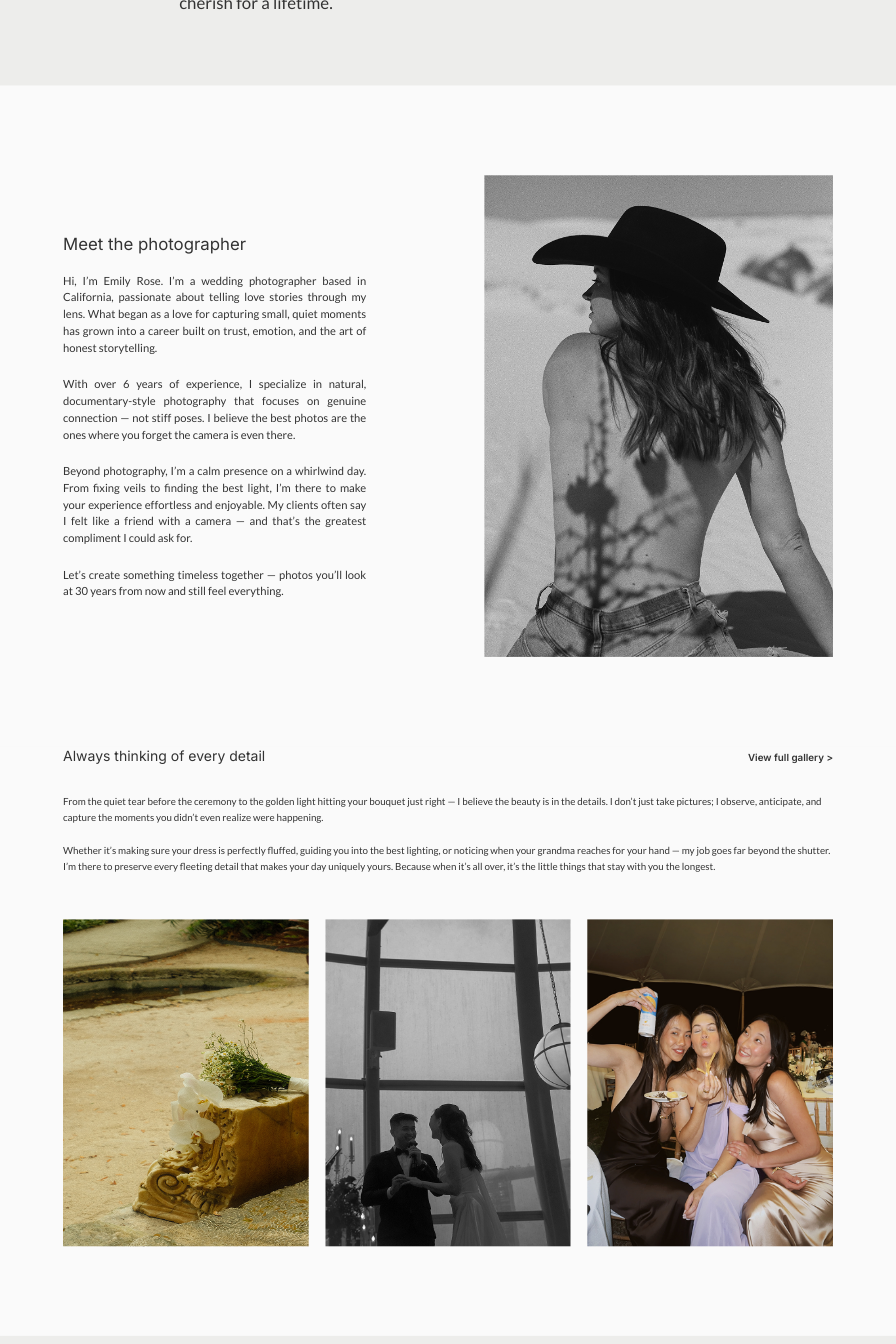
Repository: eduarda-magnago/wt-photography
Page: /
These files come from the project's save history. The page is drawn as it stood at one moment and after the next save; the edit follows.
The browser window is 1280 px wide. The pictures show the part of the page from y = 949 to 2869 px (the page is 3826 px tall before and 6130 px after), at 70% of full size.
Some web fonts or font styles are not loaded; a fallback is used. The project was rebuilt for these pictures with package versions that can differ from the ones it lists, and the page was loaded fresh each time. The framework's server and built-in components were replaced by stand-ins that run in the browser. Also part of the build but not shown: next.config.ts.

Above is the page before, as saved 2026-10-14 12:49:02.

After the next save:
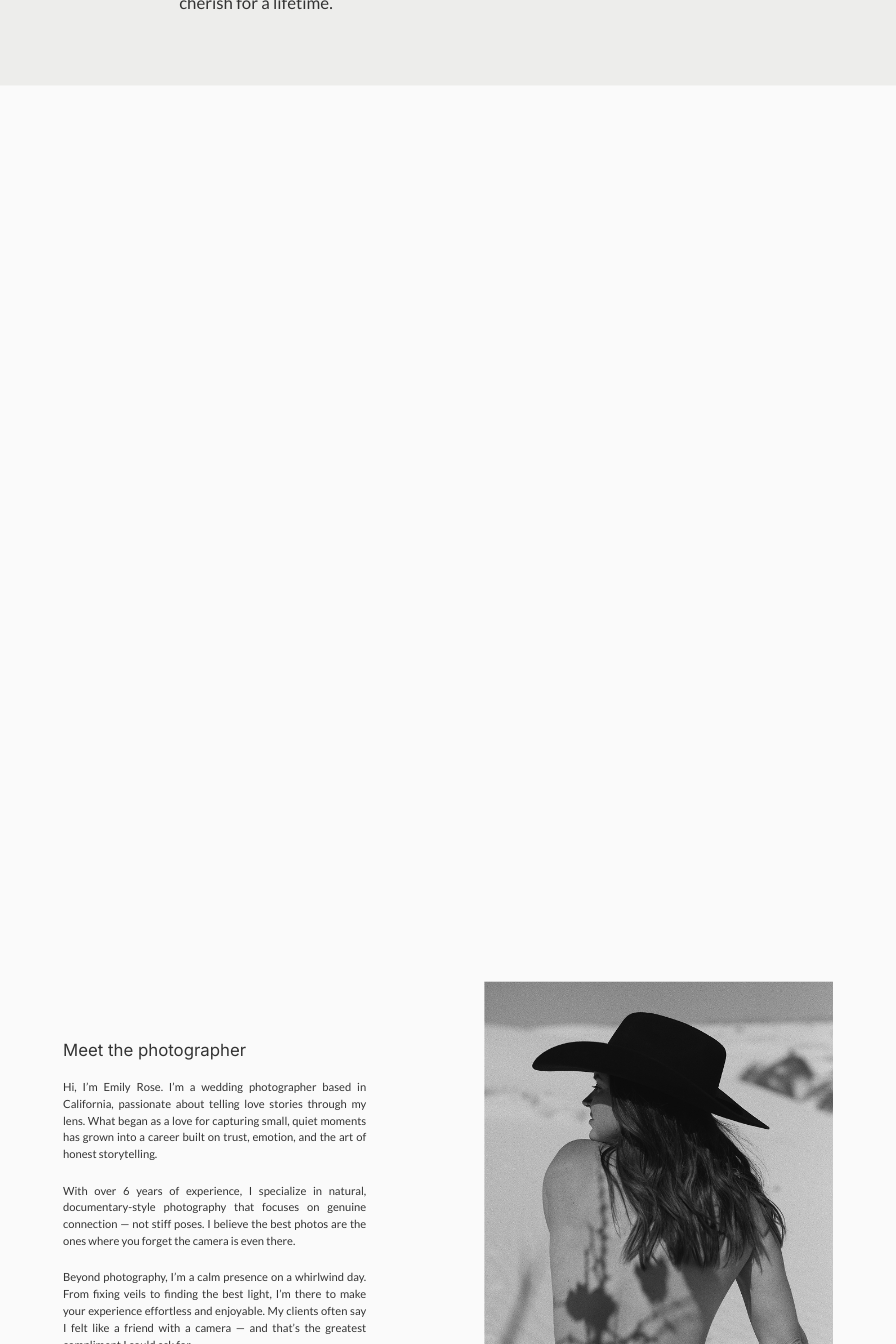
Saved 9 s later.
--- a/components/home/about.tsx
+++ b/components/home/about.tsx
@@ -2,7 +2,7 @@
 
 export default function About() {
   return (
-    <section id="about" className="bg-paper px-6 py-24 md:px-14 md:py-32">
+    <section id="about" className="bg-paper px-6 py-24 md:px-14 md:py-320">
       <div className="mx-auto grid max-w-[1100px] items-center gap-12 md:grid-cols-[435fr_500fr] md:gap-x-16 xl:gap-x-[169px]">
         <div>
           <h2 className="font-heading text-2xl">Meet the photographer</h2>

After the save that followed:
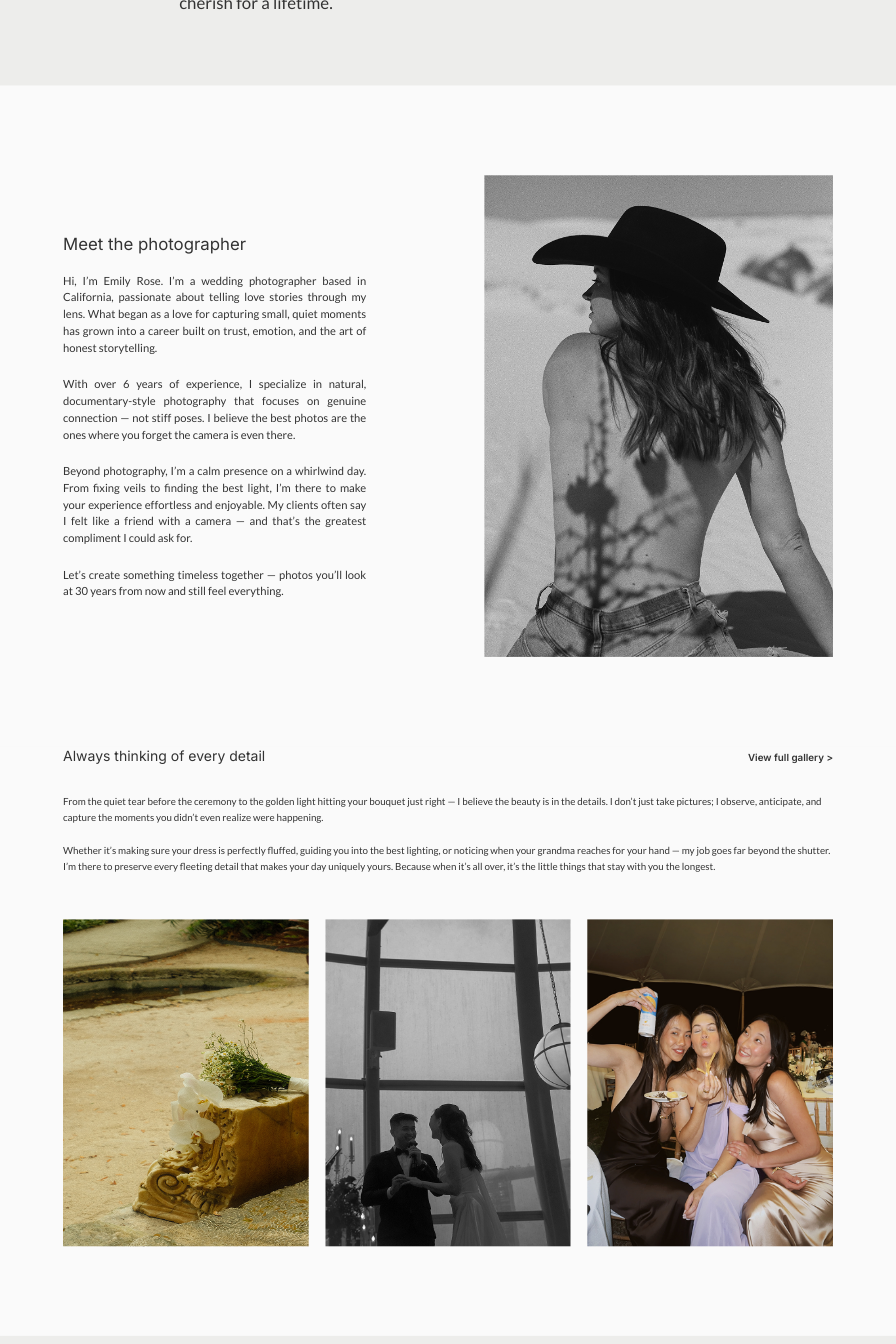
Saved 6 s later.
--- a/components/home/about.tsx
+++ b/components/home/about.tsx
@@ -2,7 +2,7 @@
 
 export default function About() {
   return (
-    <section id="about" className="bg-paper px-6 py-24 md:px-14 md:py-320">
+    <section id="about" className="bg-paper px-6 py-24 md:px-14 md:py-32">
       <div className="mx-auto grid max-w-[1100px] items-center gap-12 md:grid-cols-[435fr_500fr] md:gap-x-16 xl:gap-x-[169px]">
         <div>
           <h2 className="font-heading text-2xl">Meet the photographer</h2>
